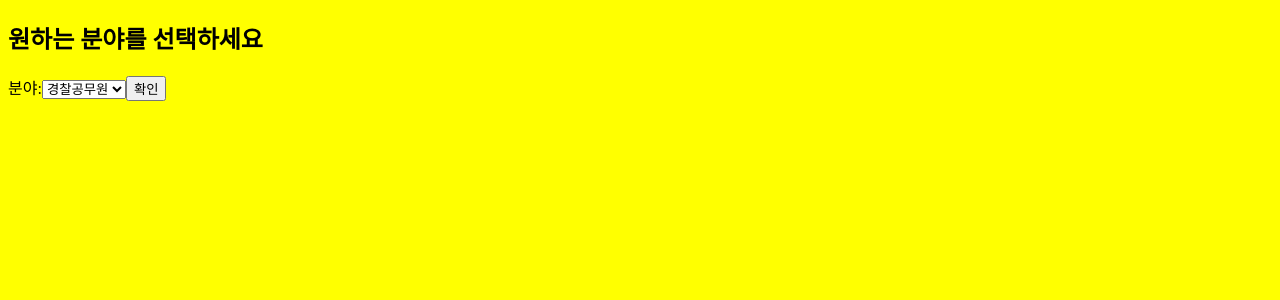
Repository: Hongjeongmin/university
Page: webprograming/test/test/WebContent/c.html
An editor plug-in stored every save of this project. The page is shown before and after the next save, followed by the edit.
The browser window is 1280 px wide. The pictures show the whole page.

Above is the page before, as saved 2018-09-13 05:56:58.

After the next save:
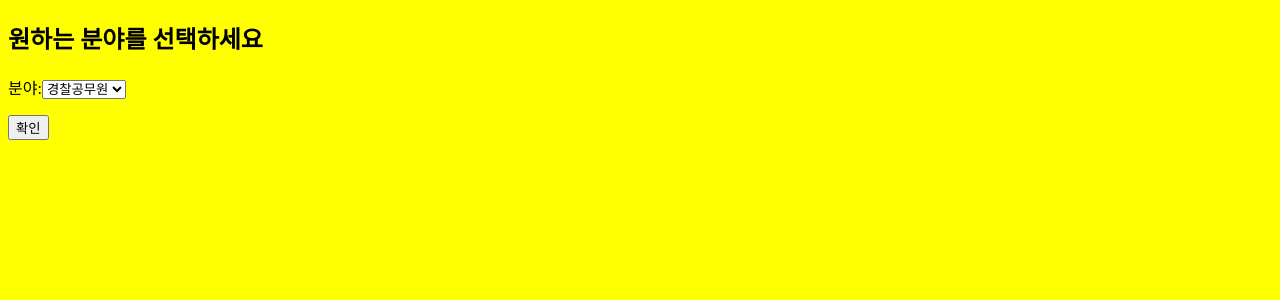
Saved 39 s later.
--- a/webprograming/test/test/WebContent/c.html
+++ b/webprograming/test/test/WebContent/c.html
@@ -9,9 +9,8 @@
 <h2>원하는 분야를 선택하세요</h2><p>
 분야:<select name="catagory" size="">
 	<option>경찰공무원</option><option>교육공무원</option><option>동사무소</option>
-	<br><br>
+</select><p>
 <input type="submit" value="확인"	/>
-</select>
 
 </body>
 </html>
